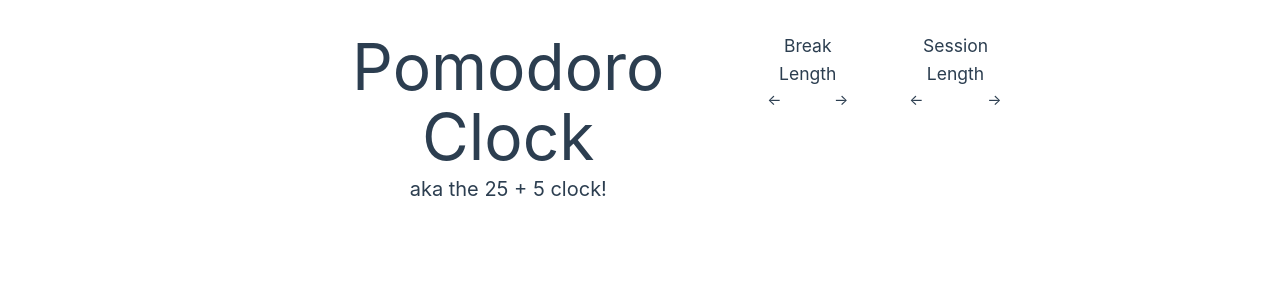
Repository: asing44/FCC
Page: / (app in Front-End-Projects/fcc-frontend-projects-pomodoro/)
The author's editor kept a copy of each file at every save. The page is drawn from the files as they stood at one save, then again after the next save.
The browser window is 1280 px wide. The pictures show the whole page.
The project was rebuilt for these pictures with package versions that can differ from the ones it lists, and the page was loaded fresh each time. Also part of the build but not shown: Front-End-Projects/fcc-frontend-projects-pomodoro/vite.config.js.

Above is the page before, as saved 2025-01-25 01:53:22.

### Front-End-Projects/fcc-frontend-projects-pomodoro/src/assets/main.css
@import './base.css';

body {
  display: flex;
  min-height: 100svh;
}

#app {
  display: flex;
  max-width: 64vw;
  flex-align: center;
  margin: 0 auto;
  padding: 2rem;
  font-weight: normal;
}

a,
.green {
  text-decoration: none;
  color: hsla(160, 100%, 37%, 1);
  transition: 0.4s;
  padding: 3px;
}

@media (hover: hover) {
  a:hover {
    background-color: hsla(160, 100%, 37%, 0.2);
  }
}

### Front-End-Projects/fcc-frontend-projects-pomodoro/src/App.vue
<script setup>
import TheWelcome from './components/TheWelcome.vue'
</script>

<!--

States needed:
- current time
- break
- playState (play, pause, restart etc)

-->

<template>
  <header>
    <h1 class="title">Pomodoro Clock</h1>
    <h2 class="subtitle">aka the 25 + 5 clock!</h2>
  </header>
  <main>
    <TheWelcome />
  </main>
</template>

<style scoped>
.header {
  display: flex;
  width: 100%;
}

.title {
  font-size: 4rem;
  line-height: 1.1;
  text-align: center;
}

.subtitle {
  font-size: 1.25rem;
  text-align: center;
}

</style>

### Front-End-Projects/fcc-frontend-projects-pomodoro/src/components/TheWelcome.vue
<script setup>
import ClockEyebrow from './ClockEyebrows.vue'
</script>

<template>
  <div class="main-wrapper">
    <ClockEyebrow>
      <template #heading>Break Length</template>
    </ClockEyebrow>
    <ClockEyebrow>
      <template #heading>Session Length</template>
    </ClockEyebrow>
  </div>
</template>

<style scoped>

.main-wrapper {
  display: flex;
  gap: 2rem;
}

</style>


<!--
<WelcomeItem>
    <template #icon>
      <DocumentationIcon />
    </template>
    <template #heading>Documentation</template>

    Vue’s
    <a href="https://vuejs.org/" target="_blank" rel="noopener">official documentation</a>
    provides you with all information you need to get started.
  </WelcomeItem>
  -->

### Front-End-Projects/fcc-frontend-projects-pomodoro/src/components/ClockEyebrows.vue
<template>
  <div class="eyebrow">
    <div class="eyebrow_top">
      <h3>
        <slot name="heading"></slot>
      </h3>
    </div>
    <div class="eyebrow_bottom">
      <div class="icon-arrow is--left">←</div>
      <div class="eyebrow_display">
        <slot name="display"></slot>
      </div>
      <div class="icon-arrow is--right">→</div>
    </div>
  </div>
</template>

<style scoped>
.eyebrow_top {
  text-align: center;
}
  .eyebrow_bottom {
    display: flex;
    width: 100%;
    justify-content: space-around;
  }
</style>

Loaded but not shown: Front-End-Projects/fcc-frontend-projects-pomodoro/index.html (common file); Front-End-Projects/fcc-frontend-projects-pomodoro/src/main.js (common file); Front-End-Projects/fcc-frontend-projects-pomodoro/src/assets/base.css (common file)

After the next save:
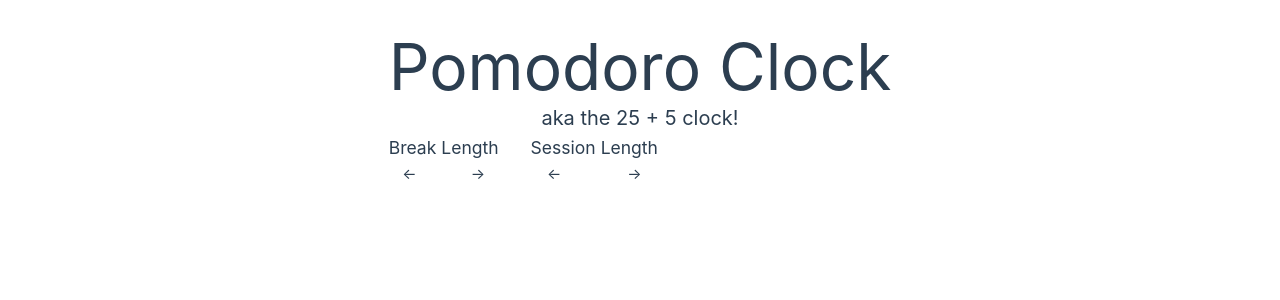
Saved 5 s later.
--- a/Front-End-Projects/fcc-frontend-projects-pomodoro/src/assets/main.css
+++ b/Front-End-Projects/fcc-frontend-projects-pomodoro/src/assets/main.css
@@ -8,7 +8,7 @@ body {
 #app {
   display: flex;
   max-width: 64vw;
-  flex-align: center;
+  flex-direction: column;
   margin: 0 auto;
   padding: 2rem;
   font-weight: normal;
